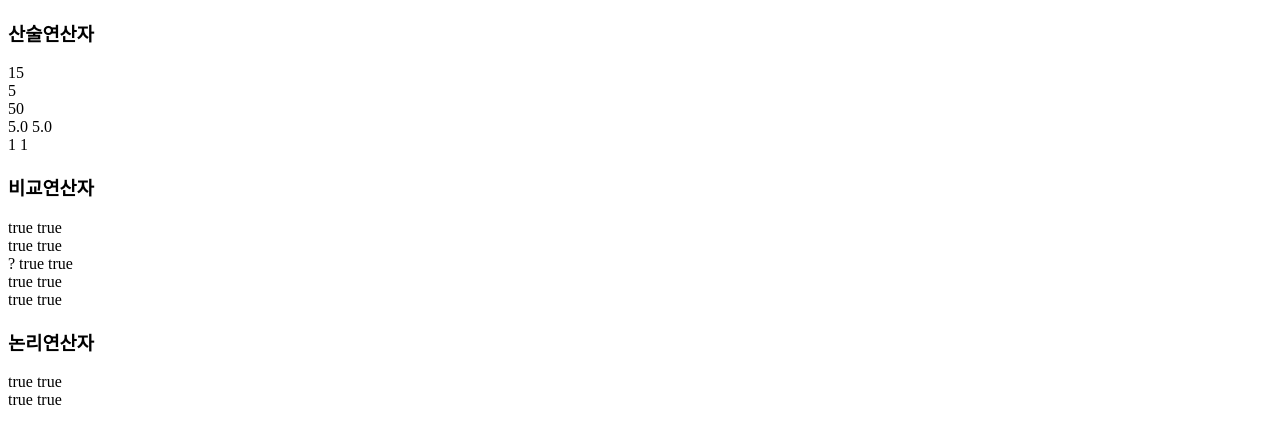
Repository: Jipumpkin/WebServer
Page: http://localhost/JSTL/ex03el3.jsp
These files come from the project's save history. The page is drawn as it stood at one moment and after the next save; the edit follows.
The browser window is 1280 px wide. The pictures show the whole page.
The page is served by Tomcat 9.

Above is the page before, as saved 2024-08-16 06:25:39.

After the next save:
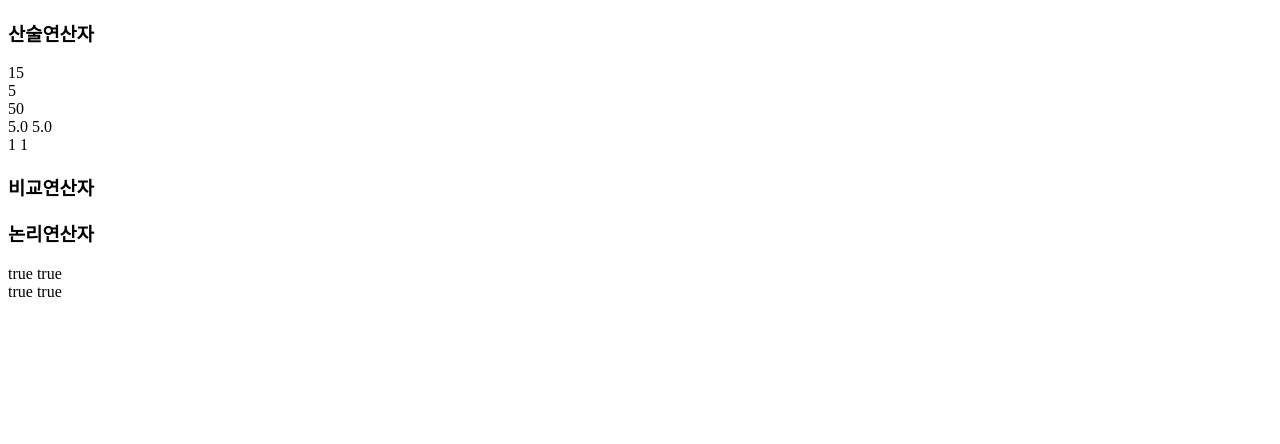
Saved 10 s later.
--- a/JSTL/src/main/webapp/ex03el3.jsp
+++ b/JSTL/src/main/webapp/ex03el3.jsp
@@ -20,12 +20,7 @@
 	${num % 3} ${num mod 3}<br>
 
 	<h3>비교연산자</h3>
-	${num > 5} ${num gt 5} <br>
-	${num < 20} ${num lt 20} <br>
-	?
-	${num <= 10} ${num le 10} <br>
-	${num == 10} ${num eq 10} <br>
-	${num != 20} ${num ne 20} <br>
+
 
 	<h3>논리연산자</h3>
 	${num > 5 && num > 3} ${num > 5 and num > 3} <br>
